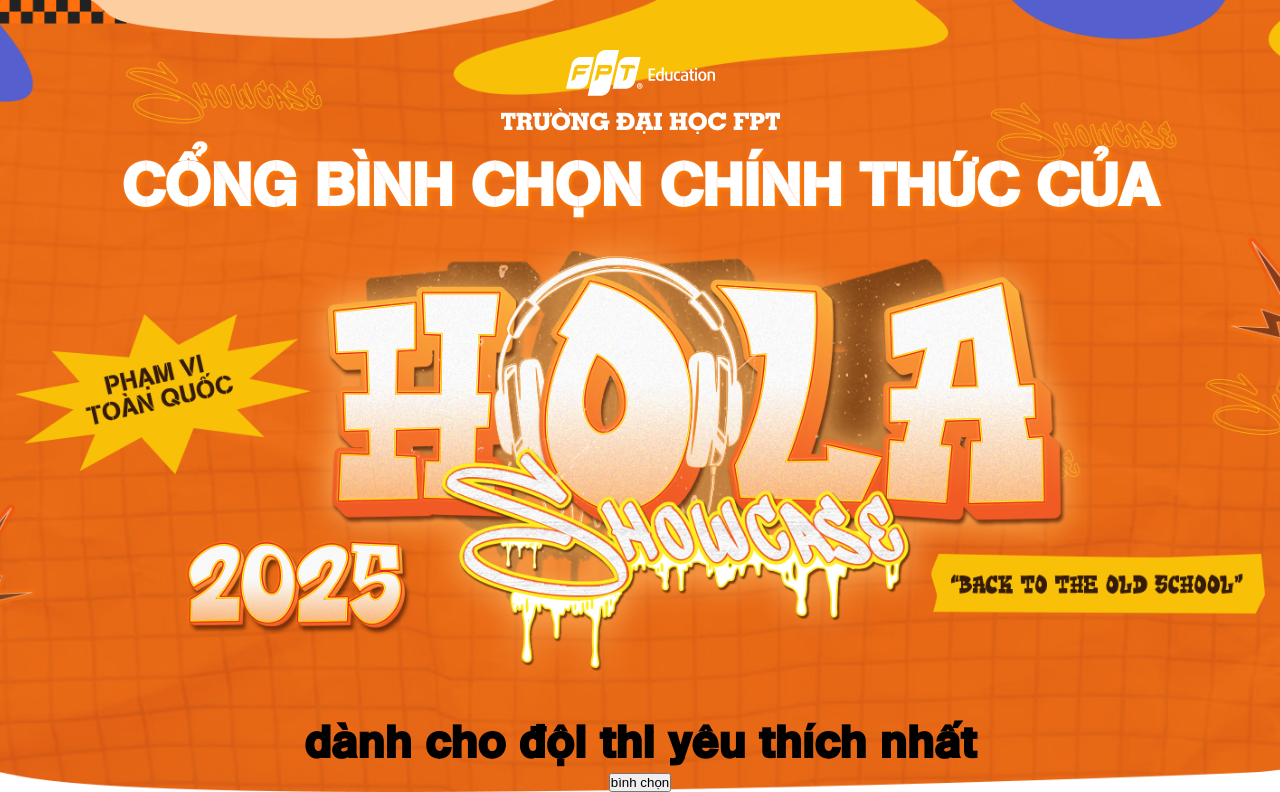
Repository: dinhtri123/hola_fpt
Page: index.html
An editor plug-in stored every save of this project. The page is shown before and after the next save, followed by the edit.
The browser window is 1280 px wide. The pictures show the whole page.

Above is the page before, as saved 2025-01-03 15:16:46.

### index.html
<!DOCTYPE html>
<html lang="en">

<head>
  <meta charset="UTF-8">
  <meta name="viewport" content="width=device-width, initial-scale=1.0">
  <title>Page 1</title>
  <link rel="stylesheet" href="styles.css">
</head>

<body>
  <section class="intro">
    <img src="./images/banner-top.png" class="intro-bg" alt="">
    <div class="container">
      <div class="intro-inner">
        <a href="/" class="intro-logo">
          <img src="./images/logo.png" alt="">
        </a>
        <h2 class="intro-title">CỔNG BÌNH CHỌN CHÍNH THỨC CỦA</h2>
        <img src="./images/intro-img.png" class="intro-img1" alt="">
        <h3 class="intro-title-small">dành cho đội thi yêu thích nhất</h3>
        <button class="intro-btn">bình chọn</button>
      </div>
    </div>

  </section>
</body>

</html>

### styles.css
@font-face {
  font-family: "Myriad Pro";
  src: url("./fonts/MYRIADPRO-REGULAR.ttf") format("truetype");
}
@font-face {
  font-family: "SFUAGBuchStencilBQMedium";
  src: url("./fonts/SFUAGBuchStencilBQMedium.ttf") format("truetype");
  font-weight: normal;
  font-style: normal;
}
:root {
  --font-primary: "SFUAGBuchStencilBQMedium", sans-serif;
  --font-secondary: "Myriad Pro", sans-serif;
  --cl-white: #fff;
}
* {
  box-sizing: border-box;
  padding: 0;
  margin: 0;
}
body {
  font-family: var(--font-primary);
  font-size: 16px;
  font-weight: 400;
}
.container {
  max-width: 1630px;
  padding-left: 15px;
  padding-right: 15px;
  margin: 0px auto;
}
img {
  max-width: 100%;
  height: auto;
  object-fit: cover;
}
.intro {
  position: relative;
}
.intro-bg {
  position: absolute;
  width: 100%;
  height: 100%;
  top: 0;
  left: 0;
  z-index: -1;
}
.intro-inner {
  padding-top: 50px;
  text-align: center;
  z-index: 1;
}
.intro-logo {
  max-width: 280px;
  margin-bottom: 40px;
}
.intro-title {
  font-size: 60px;
  font-weight: 800;
  color: var(--cl-white);
  -webkit-text-stroke: 0.1px #f46c39;
  text-shadow: 2px 2px 4px #ff7f02;
}
.intro-title-small {
  font-size: 45px;
}

After the next save:
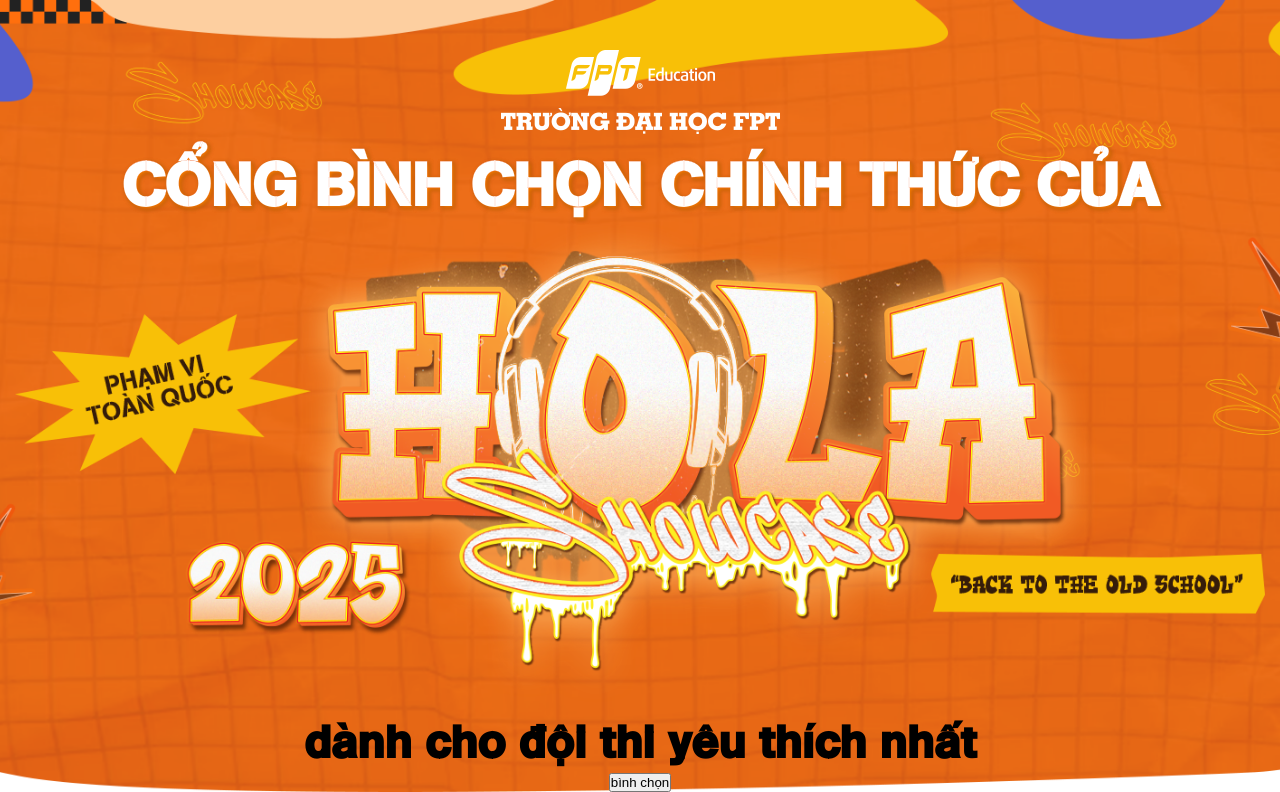
Saved 26 s later.
--- a/styles.css
+++ b/styles.css
@@ -59,7 +59,7 @@
   font-weight: 800;
   color: var(--cl-white);
   -webkit-text-stroke: 0.1px #f46c39;
-  text-shadow: 2px 2px 4px #ff7f02;
+  text-shadow: 2px 2px 4px #ff7f02, 2px 2px 4px rgba(0, 0, 0, 0.5);
 }
 .intro-title-small {
   font-size: 45px;
